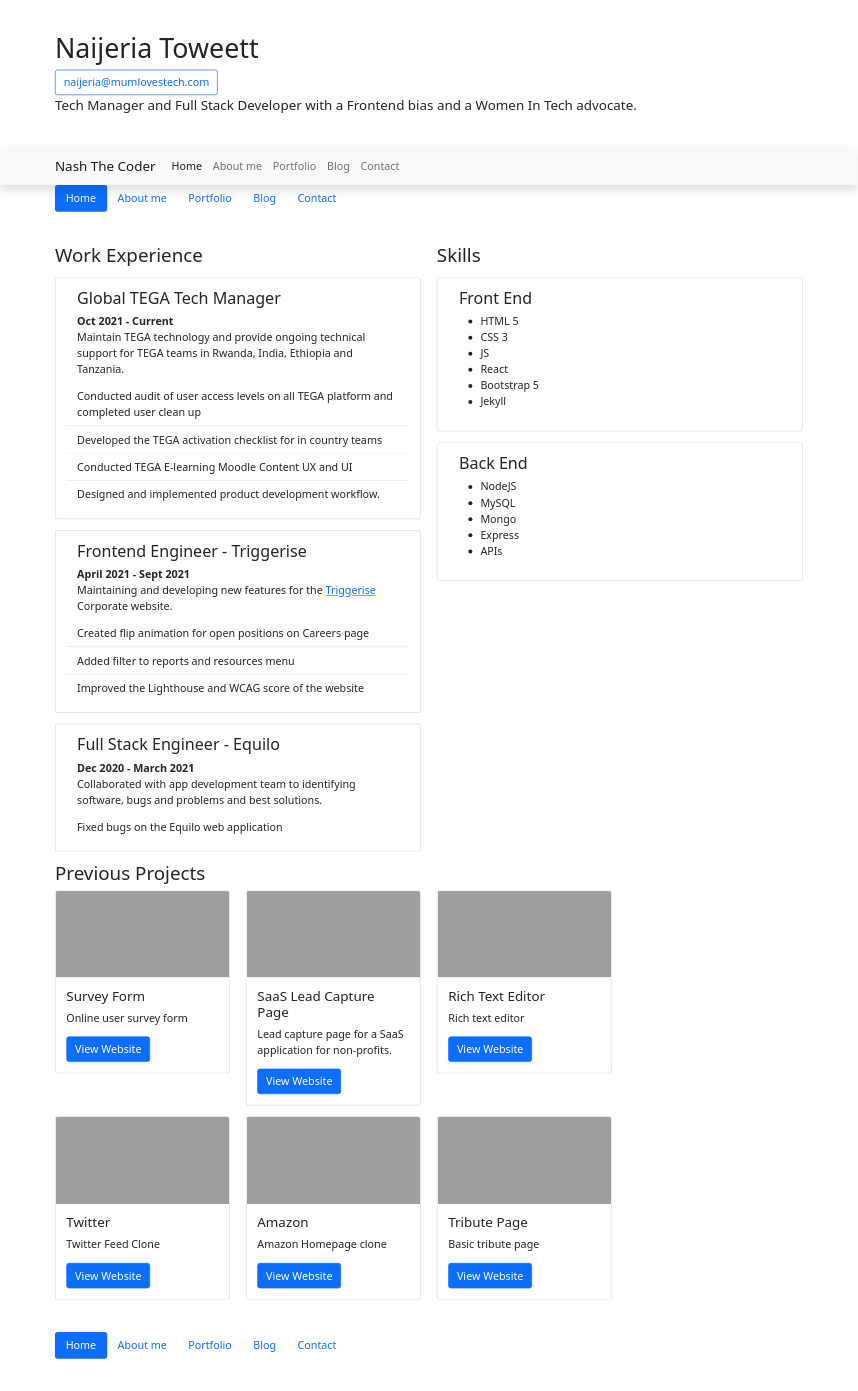
Repository: mamatechafrica/portfolio
Page: index.html
These files come from the project's save history. The page is drawn as it stood at one moment and after the next save; the edit follows.
The browser window is 1280 px wide. The pictures show the whole page, at 67% of full size.
Pictures or frames that could not be fetched are drawn as grey boxes.

Above is the page before, as saved 2022-01-05 19:08:03.

After the next save:
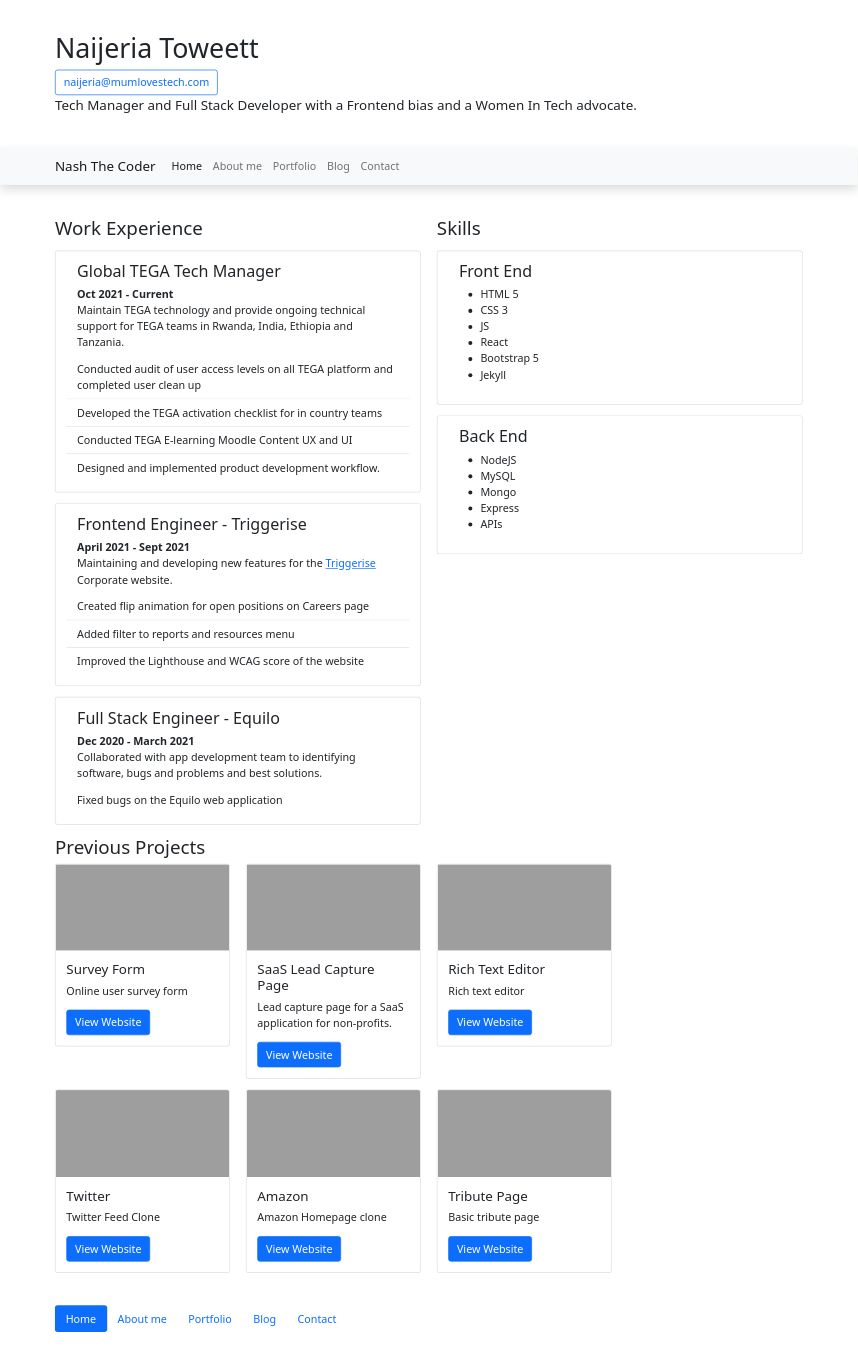
Saved 29 s later.
--- a/index.html
+++ b/index.html
@@ -47,28 +47,6 @@
                 </div>
             </div>
         </nav>
-        <div class="container">
-            <nav>
-                <ul class="nav nav-pills ">
-                    <li class="nav-item">
-                        <a class="nav-link active" aria-current="page" href="#">Home</a>
-                    </li>
-                    <li class="nav-item">
-                        <a class="nav-link" href="/about.html">About me</a>
-                    </li>
-                    <li class="nav-item">
-                        <a class="nav-link" href="#">Portfolio</a>
-                    </li>
-                    <li class="nav-item">
-                        <a class="nav-link" href="https://mumlovestech.com/" target="blank">Blog</a>
-                    </li>
-                    <li class="nav-item">
-                        <a class="nav-link" href="#">Contact</a>
-                    </li>
-                </ul>
-            </nav>
-        </div>
-
         <div class="container mt-5">
             <div class="row">
                 <div class="col">
